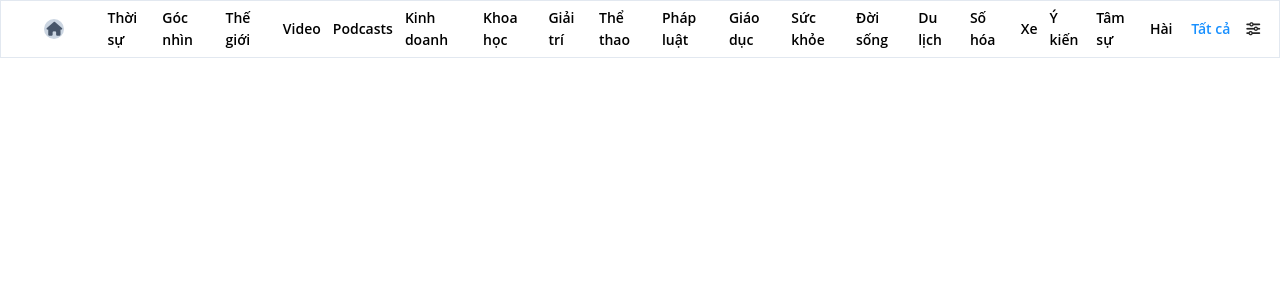
Repository: truongnguyenuit/WebAppDefault
Page: / (app in client/)
The author's editor kept a copy of each file at every save. The page is drawn from the files as they stood at one save, then again after the next save.
The browser window is 1280 px wide. The pictures show the whole page.
Some web libraries are served in a nearby version. The project was rebuilt for these pictures with package versions that can differ from the ones it lists, and the page was loaded fresh each time. Also part of the build but not shown: client/src/pages/HomePage.jsx, client/src/contexts/authContext.js, client/src/router/protectedRouter.js. Imported but missing from the stored project, and not drawn on this page: client/src/pages/LoginPage, client/src/pages/LogoutPage, client/src/pages/RegisterPage, client/src/reducers/authReducer, client/src/untils/setAuthToken.

Above is the page before, as saved 2022-08-04 14:54:38.

### client/public/index.html
<!DOCTYPE html>
<html lang="en">
  <head>

    <meta charset="utf-8" />
    <meta name="viewport" content="width=device-width, initial-scale=1" />
    <meta
      name="description"
      content="Web site created using create-react-app"
    />
    <style>
      *{
        font-family: 'Open Sans', sans-serif;
        margin: 0;
      }
    </style>
    <script src="https://kit.fontawesome.com/cd2089affa.js" crossorigin="anonymous"></script>
    <title>Vnexpress</title>

  </head>
  <body>

    <noscript>You need to enable JavaScript to run this app.</noscript>
    <div id="root"></div>

  </body>
</html>

### client/src/index.js
import React from 'react';
import ReactDOM from 'react-dom/client';
import './index.css';
import App from './App';
import 'antd/dist/antd.min.css'

const root = ReactDOM.createRoot(document.getElementById('root'));
root.render(
  <React.StrictMode>
    <App />
  </React.StrictMode>
);

### client/src/App.js
import { BrowserRouter, Route, Routes } from "react-router-dom";
import { configRouter } from './router/configRouter';
import NavbarComponent from './components/NavbarComponent';
import ProtectedRoute from "./router/protectedRouter";

function App() {


  return (
    <div>
      <BrowserRouter>
        <div className="fixed top-0 left-0 right-0 z-10">
          <NavbarComponent />
        </div>
        <span className=" text-blue-600/100">
          asdasd
        </span>

      </BrowserRouter>
    </div>
  );
}

export default App;

### client/src/router/configRouter.js
import HomePage from "../pages/HomePage";
import LoginPage from "../pages/LoginPage";
import RegisterPage from "../pages/RegisterPage";
import LogoutPage from "../pages/LogoutPage";


import { pathName } from "./pathName";

export const configRouter=[
  {
    path: pathName.home,
    page: <HomePage/>,
    private: true,
  },
  {
    path: pathName.login,
    page: <LoginPage/>,
    private: false,
  },
  {
    path: pathName.register,
    page: <RegisterPage/>,
    private: false,
  },
  {
    path: pathName.logout,
    page: <LogoutPage/>,
    private: true,
  },
]

### client/src/components/NavbarComponent.js
import React from 'react'
import { Link } from "react-router-dom";
import { Row, Col } from "antd"
import { pathName } from '../router/pathName';

const NavigateRouter = [
  {
    path: pathName.home,
    name: "Thời sự",
  },
  {
    path: pathName.myBlog,
    name: "Góc nhìn",
  },
  {
    path: pathName.search,
    name: "Thế giới"
  },
  {
    path: pathName.setting,
    name: "Video",
  },
  {
    path: pathName.createPost,
    name: "Podcasts",
  },
  {
    path: pathName.logout,
    name: "Kinh doanh",
  },
  {
    path: pathName.logout,
    name: "Khoa học",
  },
  {
    path: pathName.logout,
    name: "Giải trí",
  },
  {
    path: pathName.logout,
    name: "Thể thao",
  },
  {
    path: pathName.logout,
    name: "Pháp luật",
  },
  {
    path: pathName.logout,
    name: "Giáo dục",
  },
  {
    path: pathName.logout,
    name: "Sức khỏe",
  },
  {
    path: pathName.logout,
    name: "Đời sống",
  },
  {
    path: pathName.logout,
    name: "Du lịch",
  },
  {
    path: pathName.logout,
    name: "Số hóa",
  },
  {
    path: pathName.logout,
    name: "Xe",
  },
  {
    path: pathName.logout,
    name: "Ý kiến",
  },
  {
    path: pathName.logout,
    name: "Tâm sự",
  },
  {
    path: pathName.logout,
    name: "Hài",
  },

];

const NavbarComponent = () => {
  return (
    <div className="bg-white">
      <Row className='border border-slate-200'>

        <Col span={2}>
          <div className='flex justify-center items-center text-[14px] font-semibold gap-4 h-14'>
            <div className='bg-slate-300 w-[20px] h-[20px] flex justify-center items-center rounded-full'>
              <i class="fa-solid fa-house text-slate-600"></i>
            </div>
          </div>
        </Col>

        <Col span={20} className="h-14">
          <nav>
            <ul className="flex justify-center items-center text-[14px] font-semibold gap-3 h-14 ">
              {NavigateRouter.map((item, index) => {
                return (
                  <li key={index} className=" ">
                    <Link to={item.path} className="text-black hover:text-red-500 w-full">
                      {item.name}
                    </Link>
                  </li>
                );

              })}
            </ul>
          </nav>
        </Col>

        <Col span={2}>
          <div className='flex justify-center items-center text-[14px] font-semibold gap-4 h-14'>
            <Link to={''}>
              <p className='m-0'>Tất cả</p>
            </Link>
            <i class="fa-solid fa-sliders"></i>
          </div>
        </Col>

      </Row>
    </div>
  )
}

export default NavbarComponent

### client/src/router/pathName.js
export const pathName = {

  login: "/login",
  register: "/register",
  logout: "/logout",

  home: "/",
  myBlog: "/myblog",

  search: "/search",
  setting: "/setting",
  createPost: "/write",

}

### client/tailwind.config.js
/** @type {import('tailwindcss').Config} */
module.exports = {
  content: ["./src/**/*.{html,js,jsx,ts}"],
  theme: {
    extend: {},
  },
  plugins: [],
}

Loaded but not shown: client/src/index.css (common file)

After the next save:
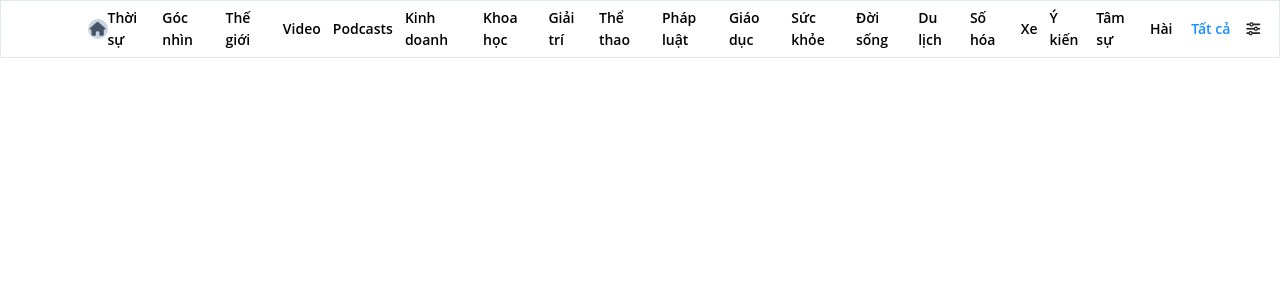
Saved 11 s later.
--- a/client/src/components/NavbarComponent.js
+++ b/client/src/components/NavbarComponent.js
@@ -89,7 +89,7 @@ const NavbarComponent = () => {
       <Row className='border border-slate-200'>
 
         <Col span={2}>
-          <div className='flex justify-center items-center text-[14px] font-semibold gap-4 h-14'>
+          <div className='flex justify-end items-center text-[14px] font-semibold gap-4 h-14'>
             <div className='bg-slate-300 w-[20px] h-[20px] flex justify-center items-center rounded-full'>
               <i class="fa-solid fa-house text-slate-600"></i>
             </div>
